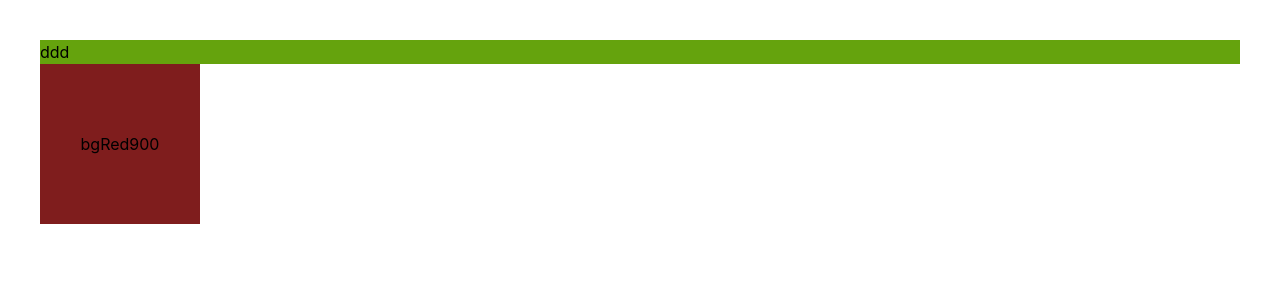
Repository: wogml3270/react-test-server
Page: /
An editor plug-in stored every save of this project. The page is shown before and after the next save, followed by the edit.
The browser window is 1280 px wide. The pictures show the whole page.
The project was rebuilt for these pictures with package versions that can differ from the ones it lists, and the page was loaded fresh each time. Also part of the build but not shown: src/App.css.

Above is the page before, as saved 2022-08-13 18:30:42.

### src/index.js
import React from 'react';
import ReactDOM from 'react-dom/client';
import './index.css';
import App from './App';
import reportWebVitals from './reportWebVitals';
import './tailwind.css';

const root = ReactDOM.createRoot(document.getElementById('root'));
root.render(
  <React.StrictMode>
    <App />
  </React.StrictMode>
);

// If you want to start measuring performance in your app, pass a function
// to log results (for example: reportWebVitals(console.log))
// or send to an analytics endpoint. Learn more: https://bit.ly/CRA-vitals
reportWebVitals();

### src/App.js

import './App.css';

function App() {
  return (
    <>
      <div className="m-10">
        <div className="bg-lime-600">ddd</div>
        <h1 className="bg-red-900 h-40 w-40 flex justify-center items-center">bgRed900</h1>
      </div>
    </>
  );
}

export default App;

### src/tailwind.css
/* src/tailwind.css */

@tailwind base;
@tailwind components;
@tailwind utilities;

### tailwind.config.js
// tailwindcss.config.js

module.exports = {
    content: ['./src/**/*.{js,jsx,ts,tsx}', './public/index.html'],
    theme: {
        extend: {},
    },
    plugins: [],
};

Loaded but not shown: public/index.html (common file); src/index.css (common file); src/reportWebVitals.js (common file)

After the next save:
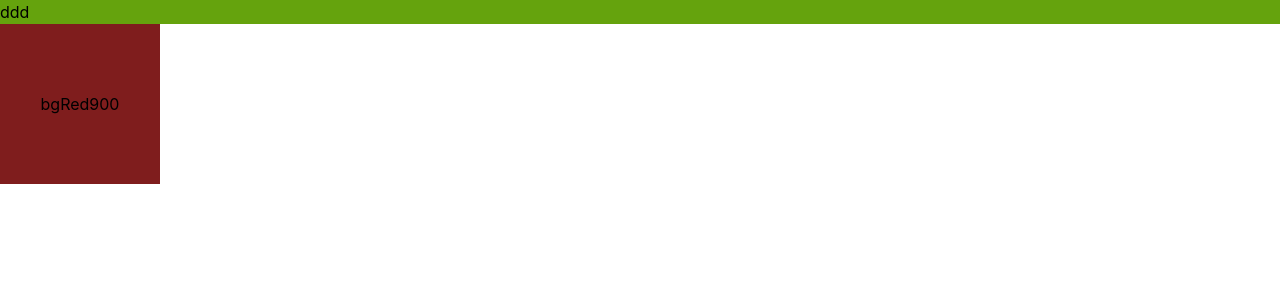
Saved 33 s later.
--- a/src/App.js
+++ b/src/App.js
@@ -4,7 +4,7 @@ import './App.css';
 function App() {
   return (
     <>
-      <div className="m-10">
+      <div className="">
         <div className="bg-lime-600">ddd</div>
         <h1 className="bg-red-900 h-40 w-40 flex justify-center items-center">bgRed900</h1>
       </div>
